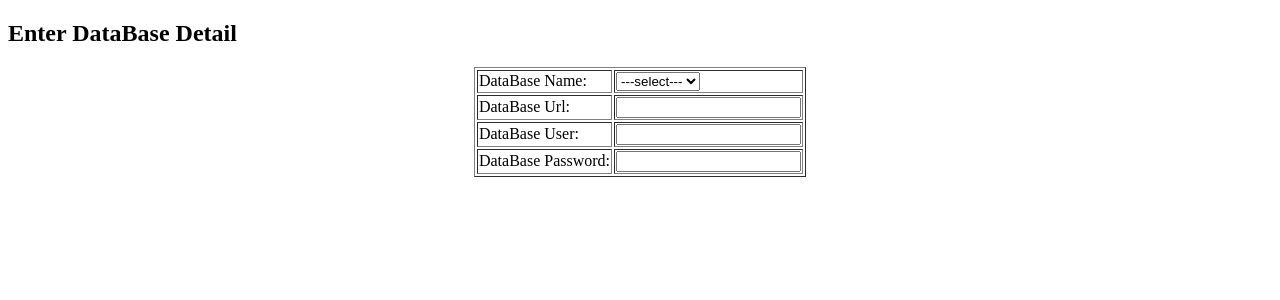
Repository: manish1905/MetaData_Details
Page: http://localhost/MetaData_Details/dbDetails
These files come from the project's save history. The page is drawn as it stood at one moment and after the next save; the edit follows.
The browser window is 1280 px wide. The pictures show the whole page.
The page is served by Tomcat 9.

Above is the page before, as saved 2018-12-21 08:46:42.

After the next save:
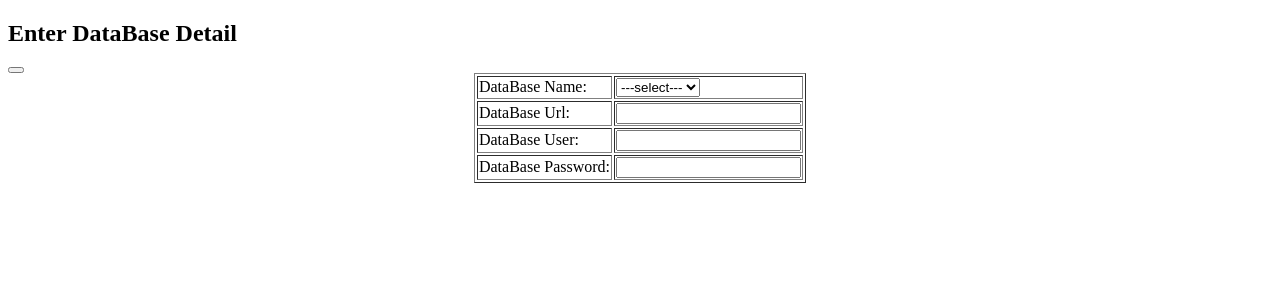
Saved 12 min 47 s later.
--- a/MetaData_Details/web/WEB-INF/jsps/dbDetail.jsp
+++ b/MetaData_Details/web/WEB-INF/jsps/dbDetail.jsp
@@ -34,7 +34,7 @@
 	<td>DataBase Password:</td>
 	<td><form:password path="password"/></td>
 	</tr>
-
+	<form:button label="submit"></form:button>
 	</table>
 
 	</form:form>
